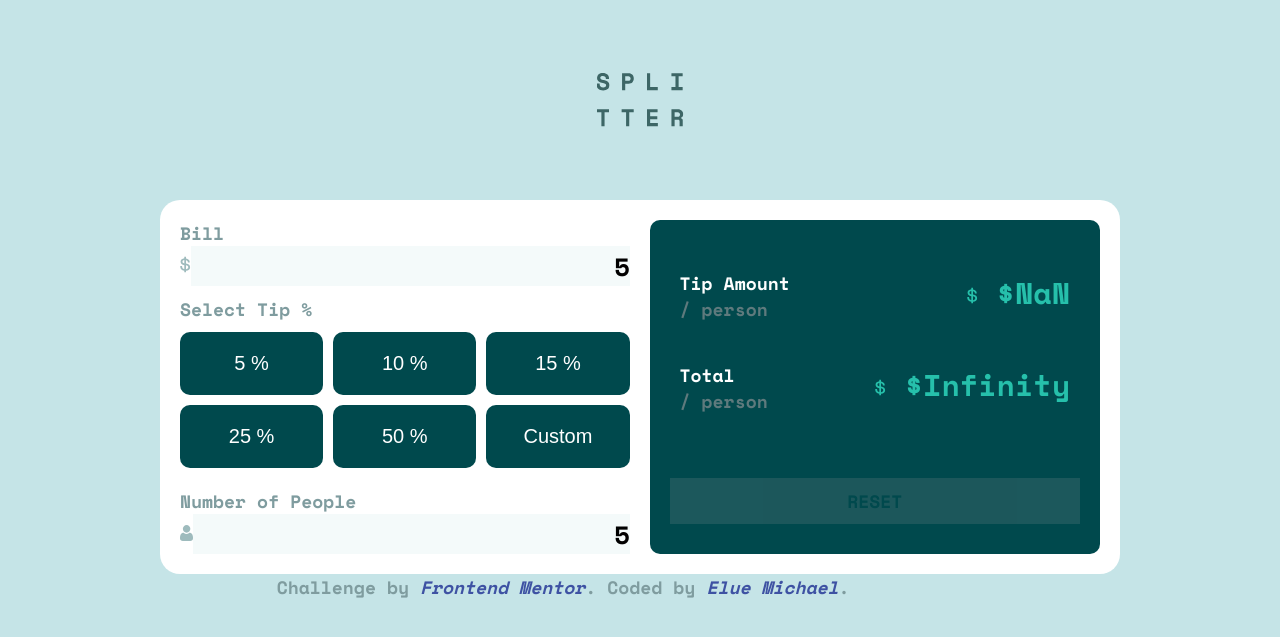
Repository: MeekyBerry/Frontend-Mentor-Challenges
Page: tip-calculator-app/index.html
The author's editor kept a copy of each file at every save. The page is drawn from the files as they stood at one save, then again after the next save.
The browser window is 1280 px wide. The pictures show the whole page.
Empty fields were first filled with sample values (such as "Sample", 5 or name@example.com).
After loading, the first visible `#bill` was changed once.

Above is the page before, as saved 2023-03-28 02:30:36.

After the next save:
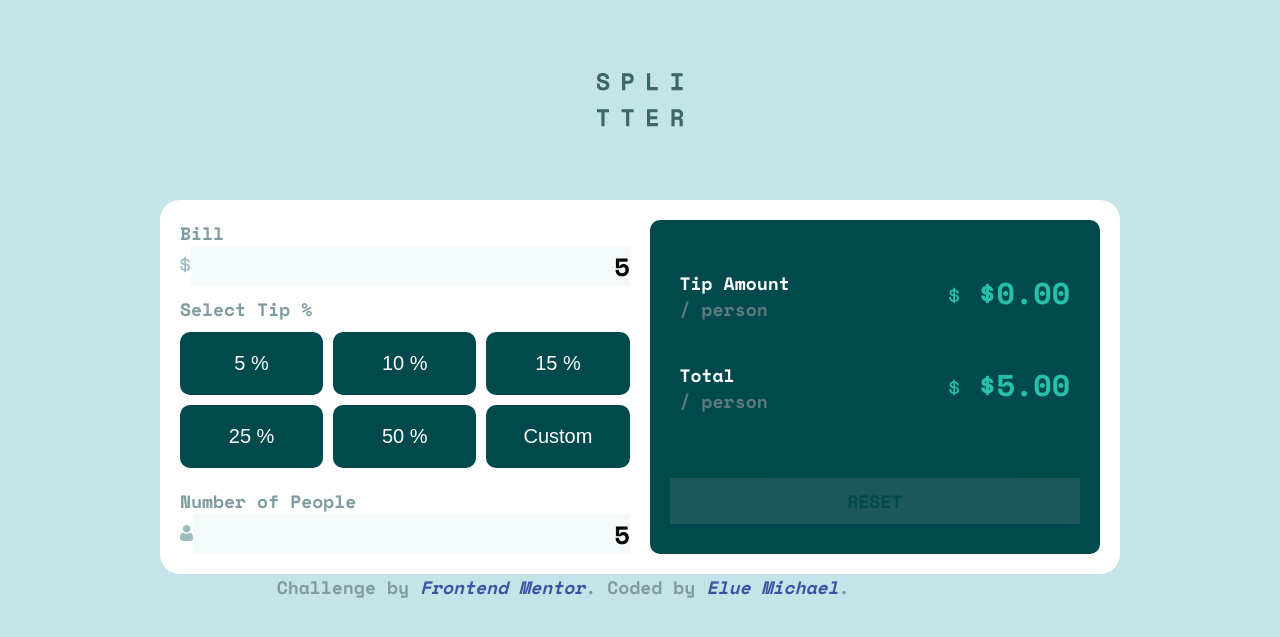
Saved 3 min 3 s later.
--- a/tip-calculator-app/script.js
+++ b/tip-calculator-app/script.js
@@ -10,7 +10,10 @@ const resetButton = document.getElementById('reset');
 let bill = 0;
 let tipPercentage = 0;
 let customPercentage = 0;
-let people = 0;
+let people = 1;
+
+let inputPeople = false;
+let error = true;
 
 // add input validation for bill and people fields
 billInput.addEventListener('input', () => {
@@ -60,12 +63,15 @@ resetButton.addEventListener('click', () => {
 
 // calculate tip and total amount
 const calculateTip = () => {
-    let tipAmount = (bill * (tipPercentage + customPercentage)) / 100;
-    let totalAmount = bill + tipAmount;
-    let tipPerPerson = tipAmount / people;
-    let totalPerPerson = totalAmount / people;
-    tipAmountSpan.textContent = `$${tipPerPerson.toFixed(2)}`;
-    totalAmountSpan.textContent = `$${totalPerPerson.toFixed(2)}`;
+    if (people > 0) {
+        inputPeople = true;
+        let tip = (bill * (tipPercentage + customPercentage)) / 100;
+        let total = bill + tip;
+        let tipPerPerson = tip / people;
+        let totalPerPerson = total / people;
+        tipAmountSpan.textContent = `$${tipPerPerson.toFixed(2)}`;
+        totalAmountSpan.textContent = `$${totalPerPerson.toFixed(2)}`;
+    }
 };
 
 
